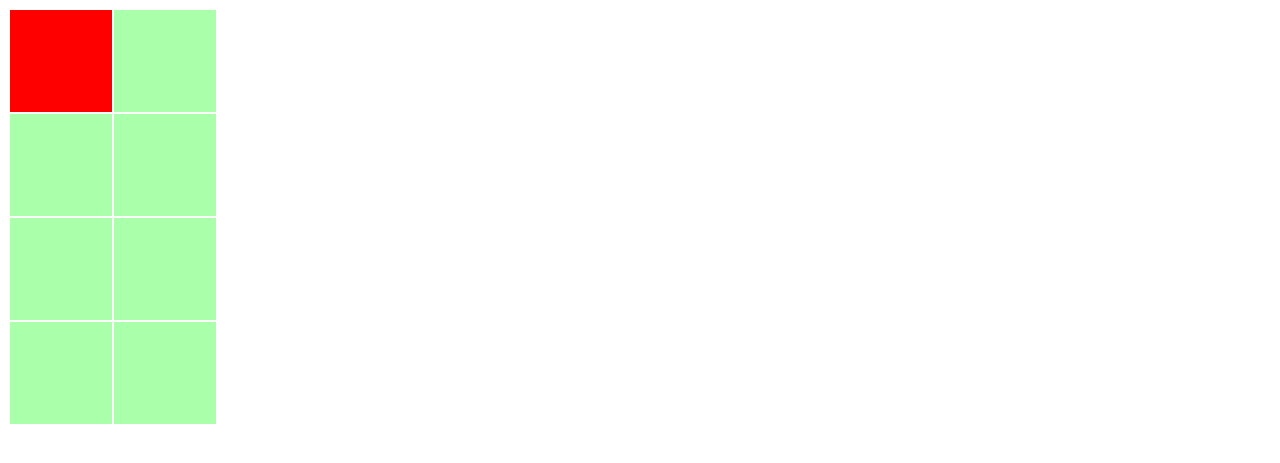
Repository: YERIN0531/SEOYERIN_WEBPRO
Page: gitSource/07_jQuery/jq01/WebContent/08_addClass_removeClass.html
An editor plug-in stored every save of this project. The page is shown before and after the next save, followed by the edit.
The browser window is 1280 px wide. The pictures show the whole page.

Above is the page before, as saved 2022-06-21 03:13:59.

After the next save:
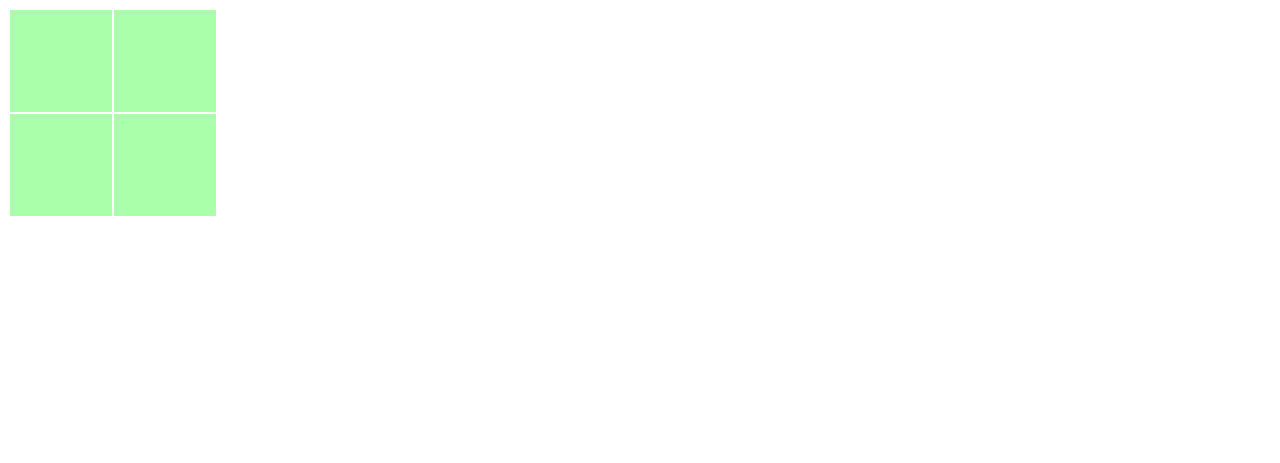
Saved 36 s later.
--- a/gitSource/07_jQuery/jq01/WebContent/08_addClass_removeClass.html
+++ b/gitSource/07_jQuery/jq01/WebContent/08_addClass_removeClass.html
@@ -14,6 +14,8 @@
 	 $('td').on('click', function(){
 		$('td').removeClass('tdRed'); // 클릭한 순간 모든 td들 #AAFFAA 원상복구
 		$(this).addClass('tdRed');
+		var no = $(this).attr('id'); // 내가 클릭한 곳의 id 속성을 가지고 와라
+		alert(no + '번째를 선택하셨군');
 	 });
  });
  </script>
@@ -23,8 +25,8 @@
 	<!-- class에 스페이스가 들어가면 아래는 클래스 name이 3개인 것  -->
 <!-- 	<tr><td class="tdRed title s"></td><td></td></tr> -->
 
-	<tr><td class="tdRed"></td><td></td></tr>
-	<tr><td></td><td></td></tr>
+<!-- 	<tr><td class="tdRed"></td><td></td></tr> -->
+<!-- 	<tr><td></td><td></td></tr> -->
 
 	<tr><td id="0"></td><td id="1"></td></tr>
 	<tr><td id="2"></td><td id="3"></td></tr>
